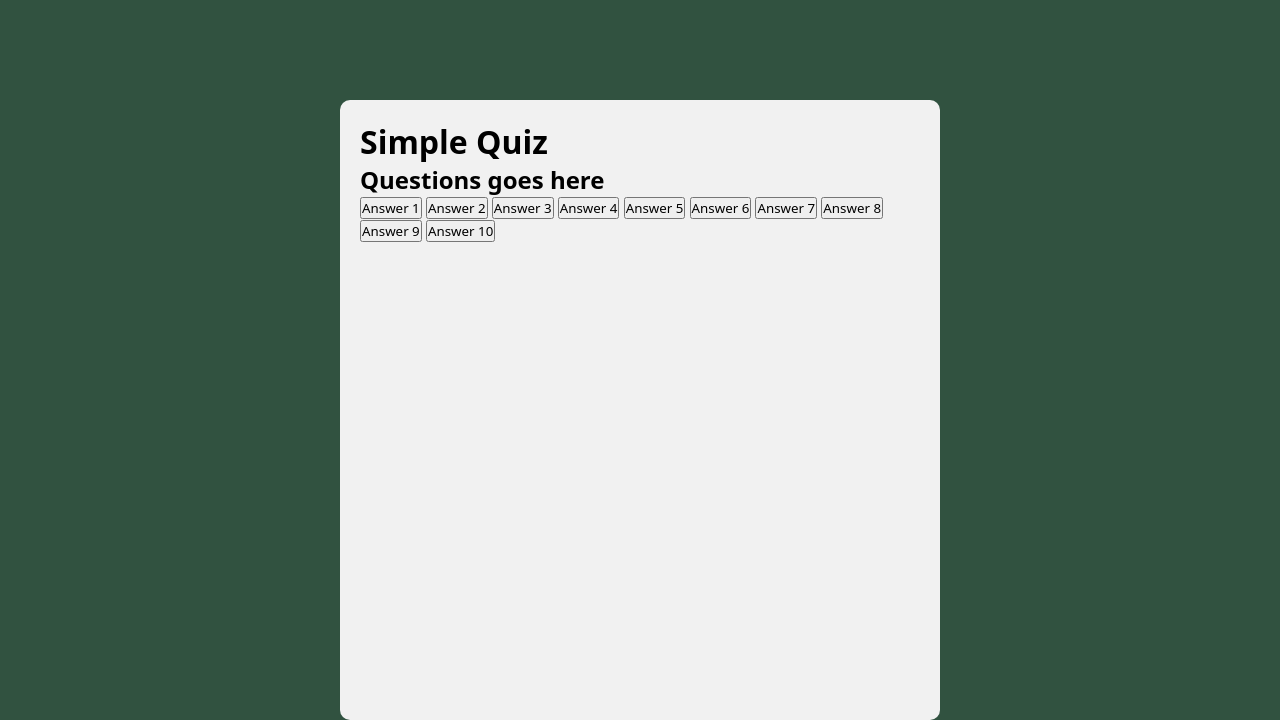
Repository: VickyJacob23/Quiz-App
Page: index.html
An editor plug-in stored every save of this project. The page is shown before and after the next save, followed by the edit.
The browser window is 1280 px wide. The pictures show the whole page.

Above is the page before, as saved 2024-08-04 16:33:11.

### index.html
<!DOCTYPE html>
<html lang="en">
<head>
    <meta charset="UTF-8">
    <meta name="viewport" content="width=device-width, initial-scale=1.0">
    <title>Quiz App</title>
    <link rel="stylesheet" href="styles.css">
</head>
<body>
    <div class="app">
        <h1>Simple Quiz</h1>
        <div class="quiz">
            <h2 id="question">Questions goes here</h2>
            <div id="answer-buttons">
                <button class="btn">Answer 1</button>
                <button class="btn">Answer 2</button>
                <button class="btn">Answer 3</button>
                <button class="btn">Answer 4</button>
                <button class="btn">Answer 5</button>
                <button class="btn">Answer 6</button>
                <button class="btn">Answer 7</button>
                <button class="btn">Answer 8</button>
                <button class="btn">Answer 9</button>
                <button class="btn">Answer 10 </button>
            </div>
        </div>
    </div>
</body>
</html>

### styles.css
*{
    margin: 0;
    padding: 0;
    box-sizing: border-box;
    font-family: system-ui, -apple-system, BlinkMacSystemFont, 'Segoe UI', Roboto, Oxygen, Ubuntu, Cantarell, 'Open Sans', 'Helvetica Neue', sans-serif;
}

body{
    display: flex;
    /* justify-content: center;
    align-items: center; */
    height: 100vh;
    background-color: #315240;

}
.app{
    width:90%;
    max-width: 600px;
    background-color:#f1f1f1;
    padding: 20px;
    border-radius: 10px;
    margin: 100px auto 0;
}

After the next save:
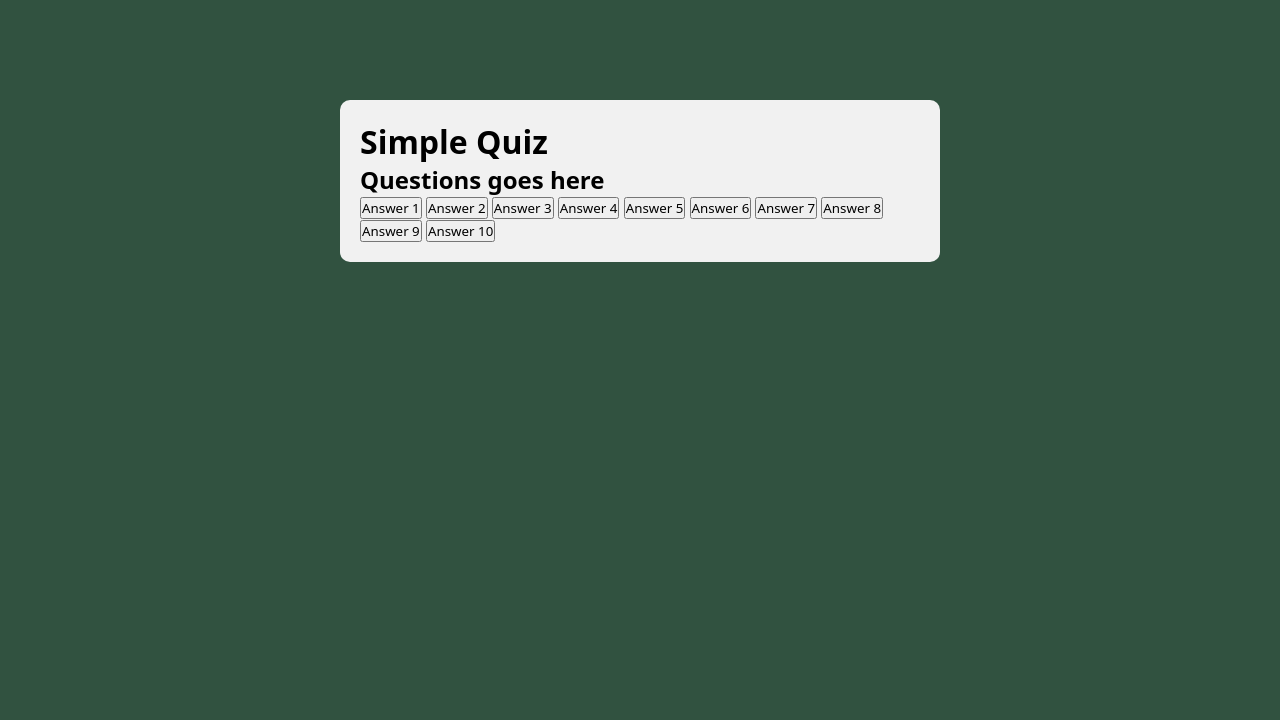
Saved 2 min 0 s later.
--- a/styles.css
+++ b/styles.css
@@ -6,10 +6,6 @@
 }
 
 body{
-    display: flex;
-    /* justify-content: center;
-    align-items: center; */
-    height: 100vh;
     background-color: #315240;
 
 }
@@ -21,3 +17,6 @@
     border-radius: 10px;
     margin: 100px auto 0;
 }
+.app h1{
+
+}
